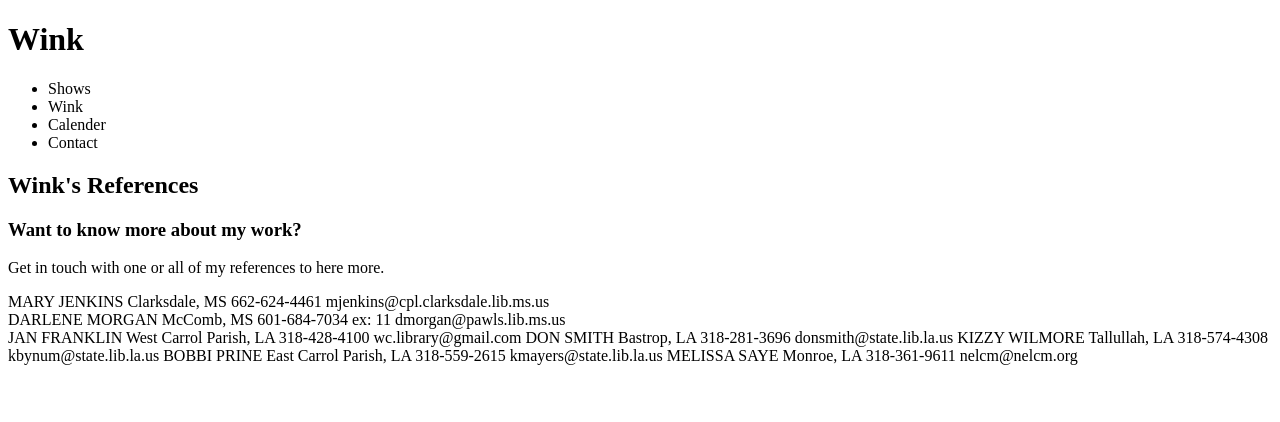
Repository: Sbethm/wink
Page: references.html
The author's editor kept a copy of each file at every save. The page is drawn from the files as they stood at one save, then again after the next save.
The browser window is 1280 px wide. The pictures show the whole page.

Above is the page before, as saved 2021-09-08 14:32:03.

After the next save:
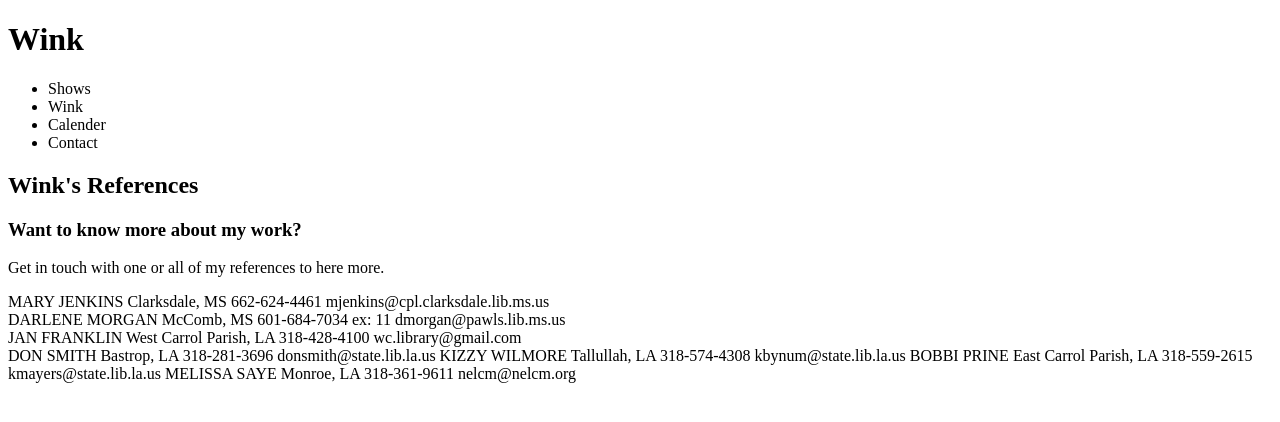
Saved 8 s later.
--- a/references.html
+++ b/references.html
@@ -30,11 +30,11 @@
 662-624-4461 mjenkins@cpl.clarksdale.lib.ms.us</div>
                 <div class="flex--item--references">DARLENE MORGAN McComb, MS
 601-684-7034 ex: 11 dmorgan@pawls.lib.ms.us</div>
-                <div class="flex--item--references"></div>
+                <div class="flex--item--references">JAN FRANKLIN West Carrol Parish, LA
+318-428-4100 wc.library@gmail.com</div>
 
 
-JAN FRANKLIN West Carrol Parish, LA
-318-428-4100 wc.library@gmail.com
+
 DON SMITH Bastrop, LA 318-281-3696
 donsmith@state.lib.la.us
 KIZZY WILMORE Tallullah, LA 318-574-4308

After the save that followed:
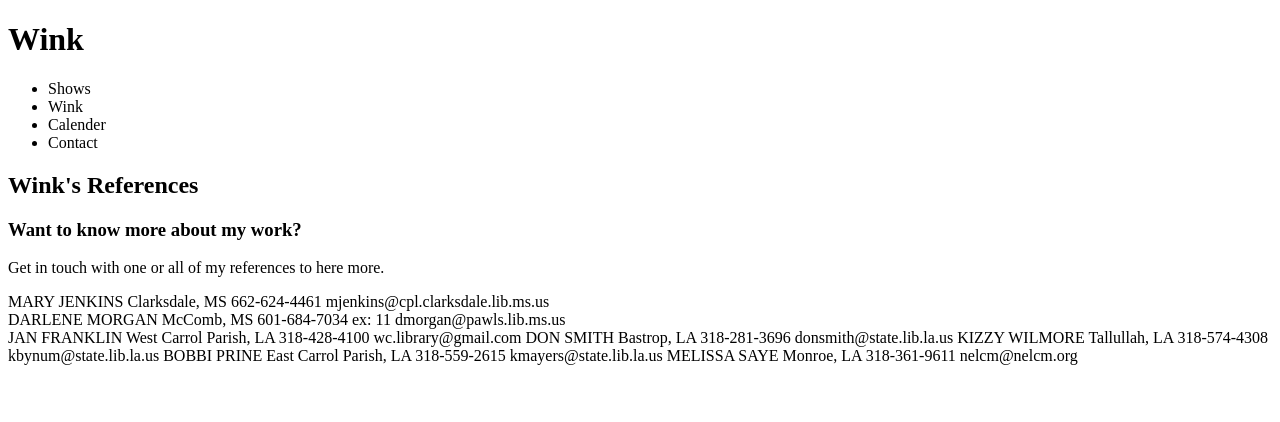
Saved 4 s later.
--- a/references.html
+++ b/references.html
@@ -30,11 +30,11 @@
 662-624-4461 mjenkins@cpl.clarksdale.lib.ms.us</div>
                 <div class="flex--item--references">DARLENE MORGAN McComb, MS
 601-684-7034 ex: 11 dmorgan@pawls.lib.ms.us</div>
-                <div class="flex--item--references">JAN FRANKLIN West Carrol Parish, LA
-318-428-4100 wc.library@gmail.com</div>
+                <div class="flex--item--references"></div>
 
 
-
+JAN FRANKLIN West Carrol Parish, LA
+318-428-4100 wc.library@gmail.com
 DON SMITH Bastrop, LA 318-281-3696
 donsmith@state.lib.la.us
 KIZZY WILMORE Tallullah, LA 318-574-4308
